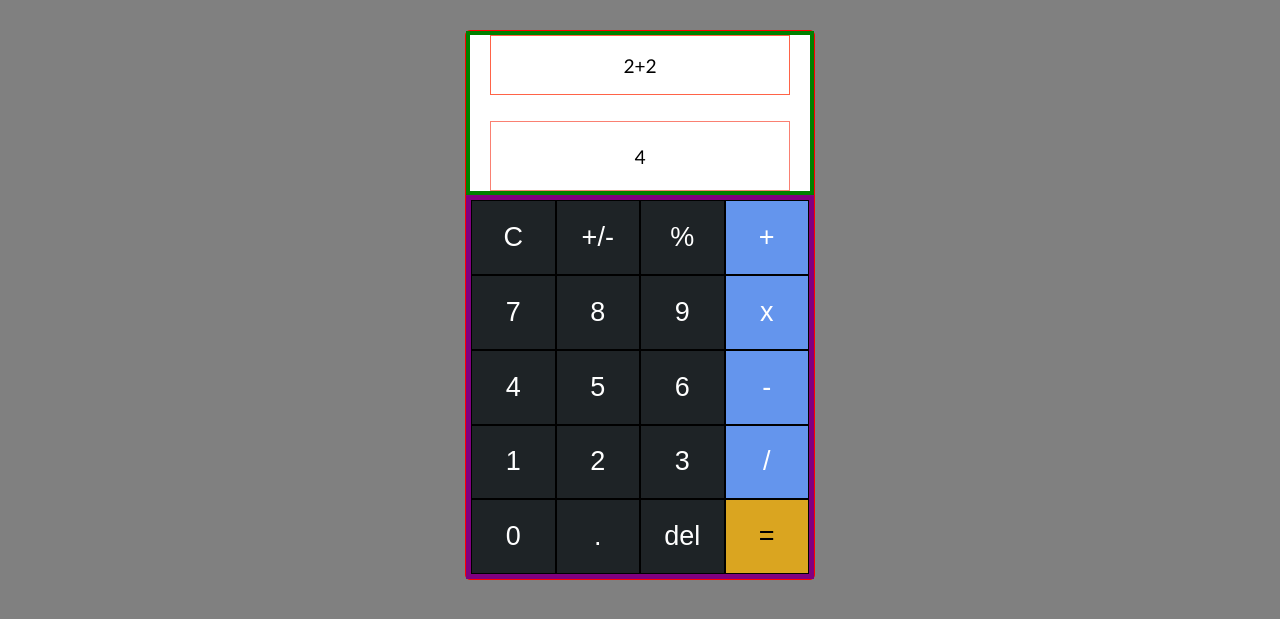
Repository: OfirLana/Calculator
Page: index.html
An editor plug-in stored every save of this project. The page is shown before and after the next save, followed by the edit.
The browser window is 1280 px wide. The pictures show the whole page.

Above is the page before, as saved 2019-03-13 16:05:18.

After the next save:
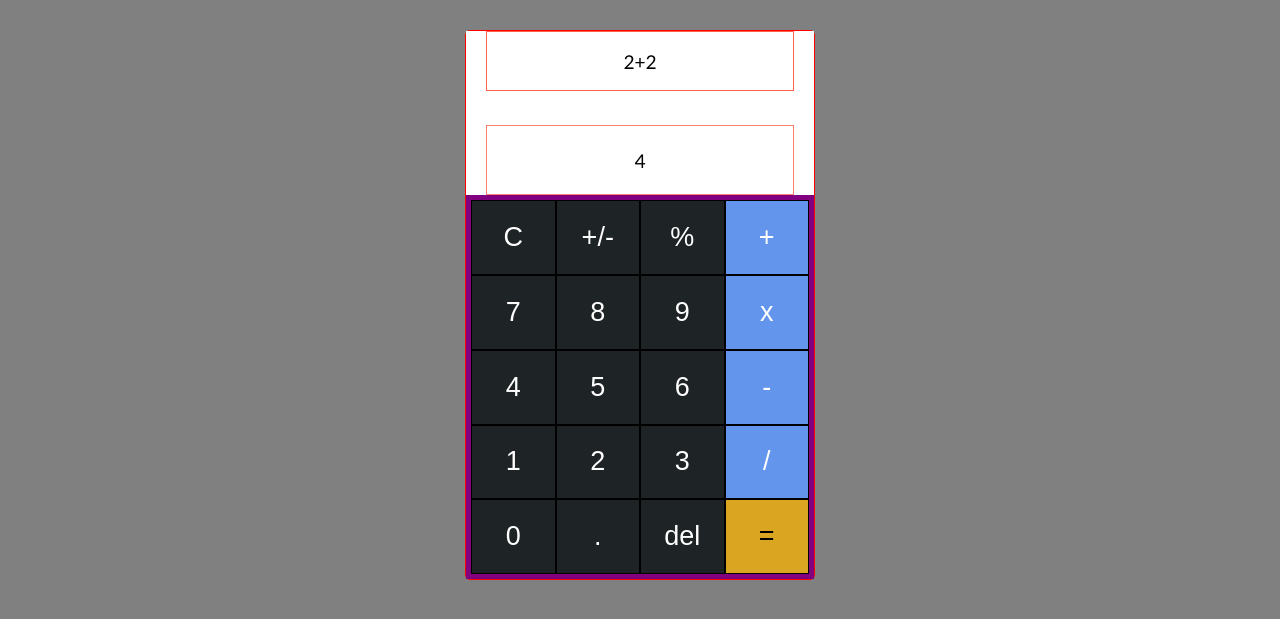
Saved 26 h 59 min later.
--- a/style.css
+++ b/style.css
@@ -30,7 +30,7 @@ body {
     display: flex;
     flex-direction: column;
     flex-basis: 30%;
-    border: 4px solid green;
+    /* border: 4px solid green; */
     width: 100%;
     justify-content: space-between;
     padding:0px 20px;
